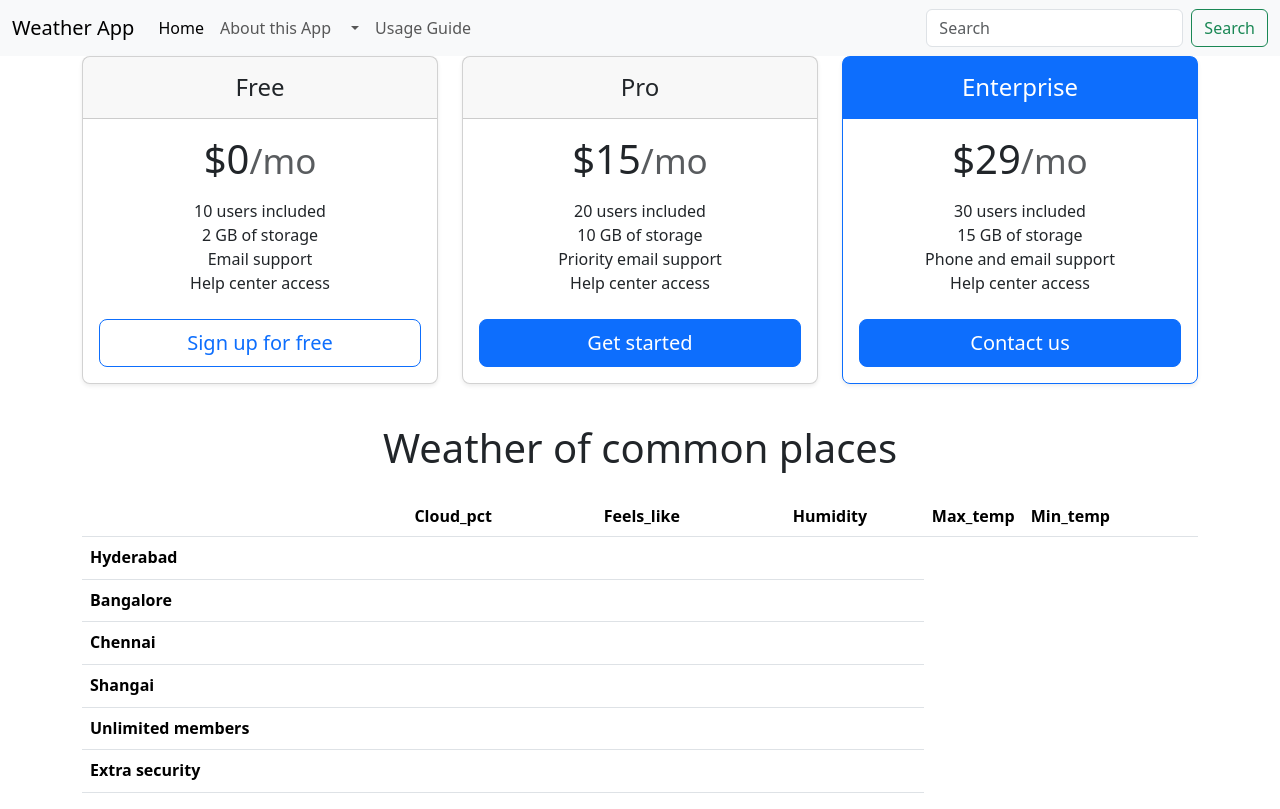
Repository: Abhilash2909/weather
Page: index.html
The author's editor kept a copy of each file at every save. The page is drawn from the files as they stood at one save, then again after a run of saves.
The browser window is 1280 px wide. The pictures show the whole page.
The page's requests for data from a server got no answer.

Above is the page before, as saved 2024-02-11 10:31:26.

### index.html
<!doctype html>
<html lang="en">
  <head>
    <meta charset="utf-8">
    <meta name="viewport" content="width=device-width, initial-scale=1">
    <title>My Weather App</title>
    <link href="https://cdn.jsdelivr.net/npm/bootstrap@5.3.2/dist/css/bootstrap.min.css" rel="stylesheet" integrity="sha384-T3c6CoIi6uLrA9TneNEoa7RxnatzjcDSCmG1MXxSR1GAsXEV/Dwwykc2MPK8M2HN" crossorigin="anonymous">
  </head>
  <body>
    <nav class="navbar navbar-expand-lg bg-body-tertiary">
        <div class="container-fluid">
          <a class="navbar-brand" href="#">Weather App</a>
          <button class="navbar-toggler" type="button" data-bs-toggle="collapse" data-bs-target="#navbarSupportedContent" aria-controls="navbarSupportedContent" aria-expanded="false" aria-label="Toggle navigation">
            <span class="navbar-toggler-icon"></span>
          </button>
          <div class="collapse navbar-collapse" id="navbarSupportedContent">
            <ul class="navbar-nav me-auto mb-2 mb-lg-0">
              <li class="nav-item">
                <a class="nav-link active" aria-current="page" href="#">Home</a>
              </li>
              <li class="nav-item">
                <a class="nav-link" href="#">About this App</a>
              </li>
              <li class="nav-item dropdown">
                <a class="nav-link dropdown-toggle" href="#" role="button" data-bs-toggle="dropdown" aria-expanded="false">
                </a>
                <ul class="dropdown-menu">
                  <li><a class="dropdown-item" href="#">Delhi</a></li>
                  <li><a class="dropdown-item" href="#">Seattle</a></li>
                  <li><hr class="dropdown-divider"></li>
                  <li><a class="dropdown-item" href="#">Bangalore</a></li>
                </ul>
              </li>
              <li class="nav-item">
                <a class="nav-link" aria-disabled="true">Usage Guide</a>
              </li>
            </ul>
            <form class="d-flex" role="search">
              <input class="form-control me-2" type="search" placeholder="Search" aria-label="Search">
              <button class="btn btn-outline-success" type="submit">Search</button>
            </form>
          </div>
        </div>
      </nav>

      <div class="container"><main>
        <div class="row row-cols-1 row-cols-md-3 mb-3 text-center">
          <div class="col">
            <div class="card mb-4 rounded-3 shadow-sm">
              <div class="card-header py-3">
                <h4 class="my-0 fw-normal">Free</h4>
              </div>
              <div class="card-body">
                <h1 class="card-title pricing-card-title">$0<small class="text-body-secondary fw-light">/mo</small></h1>
                <ul class="list-unstyled mt-3 mb-4">
                  <li>10 users included</li>
                  <li>2 GB of storage</li>
                  <li>Email support</li>
                  <li>Help center access</li>
                </ul>
                <button type="button" class="w-100 btn btn-lg btn-outline-primary">Sign up for free</button>
              </div>
            </div>
          </div>
          <div class="col">
            <div class="card mb-4 rounded-3 shadow-sm">
              <div class="card-header py-3">
                <h4 class="my-0 fw-normal">Pro</h4>
              </div>
              <div class="card-body">
                <h1 class="card-title pricing-card-title">$15<small class="text-body-secondary fw-light">/mo</small></h1>
                <ul class="list-unstyled mt-3 mb-4">
                  <li>20 users included</li>
                  <li>10 GB of storage</li>
                  <li>Priority email support</li>
                  <li>Help center access</li>
                </ul>
                <button type="button" class="w-100 btn btn-lg btn-primary">Get started</button>
              </div>
            </div>
          </div>
          <div class="col">
            <div class="card mb-4 rounded-3 shadow-sm border-primary">
              <div class="card-header py-3 text-bg-primary border-primary">
                <h4 class="my-0 fw-normal">Enterprise</h4>
              </div>
              <div class="card-body">
                <h1 class="card-title pricing-card-title">$29<small class="text-body-secondary fw-light">/mo</small></h1>
                <ul class="list-unstyled mt-3 mb-4">
                  <li>30 users included</li>
                  <li>15 GB of storage</li>
                  <li>Phone and email support</li>
                  <li>Help center access</li>
                </ul>
                <button type="button" class="w-100 btn btn-lg btn-primary">Contact us</button>
              </div>
            </div>
          </div>
        </div>

        <h2 class="display-6 text-center mb-4">Weather of common places</h2>

        <div class="table-responsive">
          <table class="table text-center">
            <thead>
              <tr>
                <th style="width: 34%;"></th>
                <th style="width: 22%;"> Cloud_pct </th>
                <th style="width: 22%;"> Feels_like </th>
                <th style="width: 22%;"> Humidity </th>
                <th style="width: 22%;"> Max_temp </th>
                <th style="width: 22%;"> Min_temp </th>
                <th style="width: 22%;">  </th>
                <th style="width: 22%;">  </th>
                <th style="width: 22%;">  </th>
                <th style="width: 22%;">  </th>
                <th style="width: 22%;">  </th>
                    </th>
                  </th>
                </th>
              </tr>
            </thead>
            <tbody>
              <tr>
                <th scope="row" class="text-start">Hyderabad</th>
                <td><svg class="bi" width="24" height="24"><use xlink:href="#check"></use></svg></td>
                <td><svg class="bi" width="24" height="24"><use xlink:href="#check"></use></svg></td>
                <td><svg class="bi" width="24" height="24"><use xlink:href="#check"></use></svg></td>
              </tr>
              <tr>
                <th scope="row" class="text-start">Bangalore</th>
                <td></td>
                <td><svg class="bi" width="24" height="24"><use xlink:href="#check"></use></svg></td>
                <td><svg class="bi" width="24" height="24"><use xlink:href="#check"></use></svg></td>
              </tr>
            </tbody>

            <tbody>
              <tr>
                <th scope="row" class="text-start">Chennai</th>
                <td><svg class="bi" width="24" height="24"><use xlink:href="#check"></use></svg></td>
                <td><svg class="bi" width="24" height="24"><use xlink:href="#check"></use></svg></td>
                <td><svg class="bi" width="24" height="24"><use xlink:href="#check"></use></svg></td>
              </tr>
              <tr>
                <th scope="row" class="text-start">Shangai</th>
                <td></td>
                <td><svg class="bi" width="24" height="24"><use xlink:href="#check"></use></svg></td>
                <td><svg class="bi" width="24" height="24"><use xlink:href="#check"></use></svg></td>
              </tr>
              <tr>
                <th scope="row" class="text-start">Unlimited members</th>
                <td></td>
                <td><svg class="bi" width="24" height="24"><use xlink:href="#check"></use></svg></td>
                <td><svg class="bi" width="24" height="24"><use xlink:href="#check"></use></svg></td>
              </tr>
              <tr>
                <th scope="row" class="text-start">Extra security</th>
                <td></td>
                <td></td>
                <td><svg class="bi" width="24" height="24"><use xlink:href="#check"></use></svg></td>
              </tr>
            </tbody>
          </table>
        </div>
      </main></div>
    <script src="https://cdn.jsdelivr.net/npm/bootstrap@5.3.2/dist/js/bootstrap.bundle.min.js" integrity="sha384-C6RzsynM9kWDrMNeT87bh95OGNyZPhcTNXj1NW7RuBCsyN/o0jlpcV8Qyq46cDfL" crossorigin="anonymous"></script>
    <script src="script.js"></script>
</body>
</html>

### script.js
// const options = {
// method: 'GET',
// headers: {
//         'X-RapidAPI-Key': 'b45e96323fmshf5e4bc50d3b8a90p1e091djsnfb21cde4eb87',
// '       X-RapidAPI-Host': 'weather-by-api-ninjas.p.rapidapi.com'
//     }
// };

// fetch('https://weather-by-api-ninjas.p.rapidapi.com/v1/weather?city=Seattle', options)
//     .then(response => response.json())
//     .then(response => console.log(response))
//     .catch(err => console.error(err));



const options = {
    method: 'GET',
    headers: {
      'X-RapidAPI-Key': 'b45e96323fmshf5e4bc50d3b8a90p1e091djsnfb21cde4eb87',
      'X-RapidAPI-Host': 'weather-by-api-ninjas.p.rapidapi.com'
    }
  };

  fetch('https://weather-by-api-ninjas.p.rapidapi.com/v1/weather?city=Seattle', options)
    .then(response => response.json())
    .then(data => console.log(data))
    .catch(error => console.error(error));

After the next 2 saves:
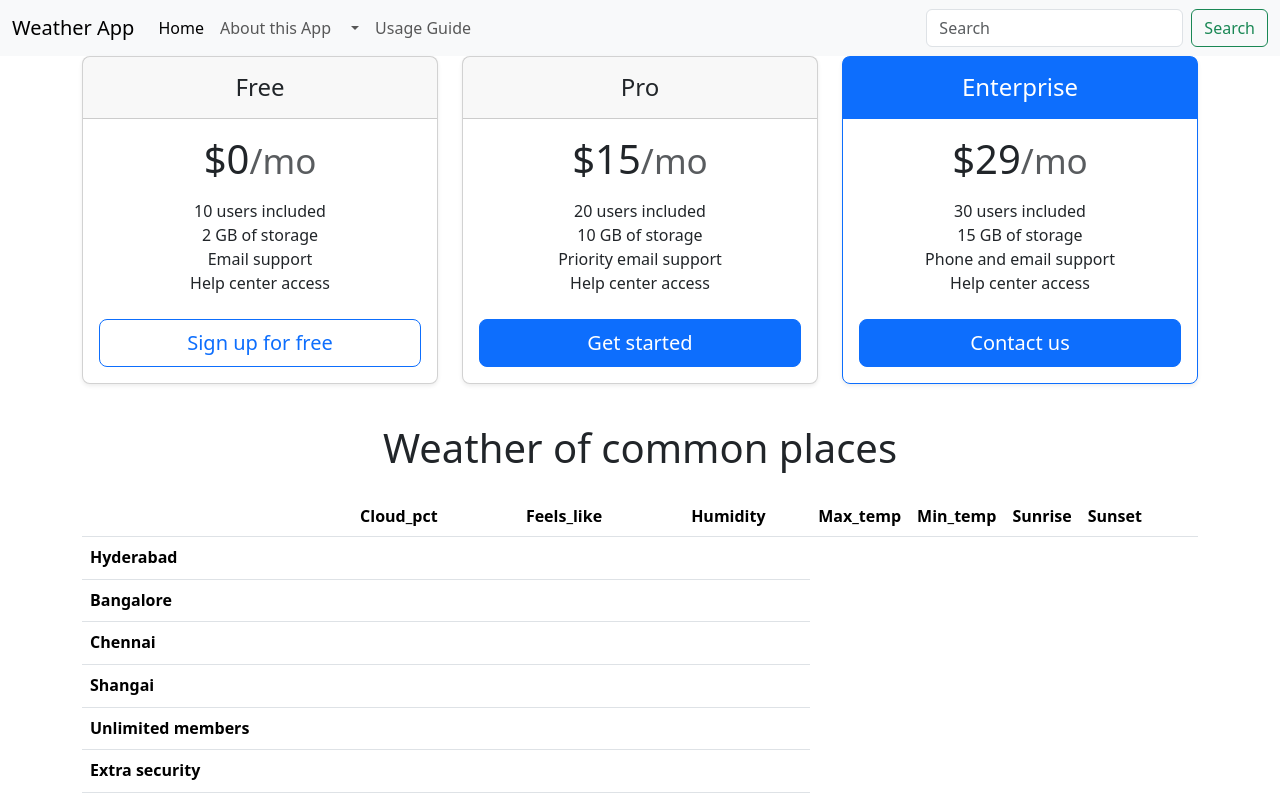
The 2 saves are shown as one change because they came seconds apart.
The last was saved 12 s later.
--- a/index.html
+++ b/index.html
@@ -110,8 +110,8 @@
                 <th style="width: 22%;"> Humidity </th>
                 <th style="width: 22%;"> Max_temp </th>
                 <th style="width: 22%;"> Min_temp </th>
-                <th style="width: 22%;">  </th>
-                <th style="width: 22%;">  </th>
+                <th style="width: 22%;"> Sunrise </th>
+                <th style="width: 22%;"> Sunset </th>
                 <th style="width: 22%;">  </th>
                 <th style="width: 22%;">  </th>
                 <th style="width: 22%;">  </th>
